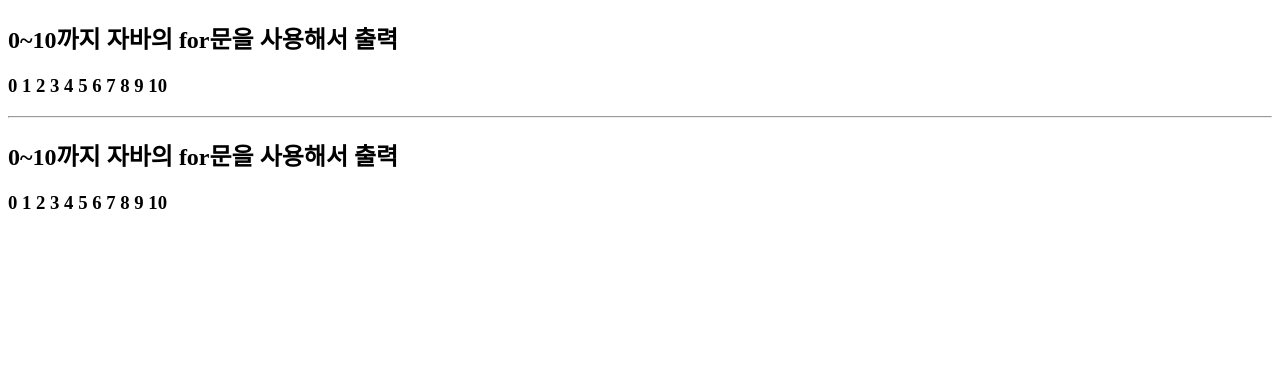
Repository: wjsjsn/23_jspstudy
Page: http://localhost/02_jsp/view/ex02_script.jsp
These files come from the project's save history. The page is drawn as it stood at one moment and after the next save; the edit follows.
The browser window is 1280 px wide. The pictures show the whole page.
The page is served by Tomcat 9.

Above is the page before, as saved 2023-07-04 01:19:24.

After the next save:
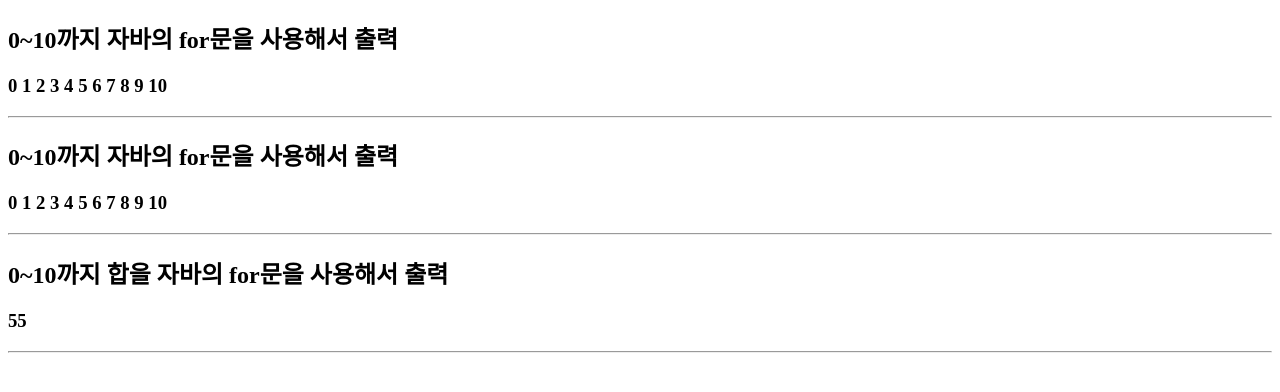
Saved 18 min 30 s later.
--- a/02_jsp/src/main/webapp/view/ex02_script.jsp
+++ b/02_jsp/src/main/webapp/view/ex02_script.jsp
@@ -32,5 +32,17 @@
 				}
 			%>
 		</h3>
+		<hr>
+		<h2>0~10까지 합을 자바의 for문을 사용해서 출력</h2>
+		<h3>
+			<%
+			int sum = 0;
+			for(int i = 0; i < 11; i++){
+				sum = sum + i ;
+			}
+			out.println(sum);
+			%>
+		</h3>
+		<hr>
 </body>
 </html>
